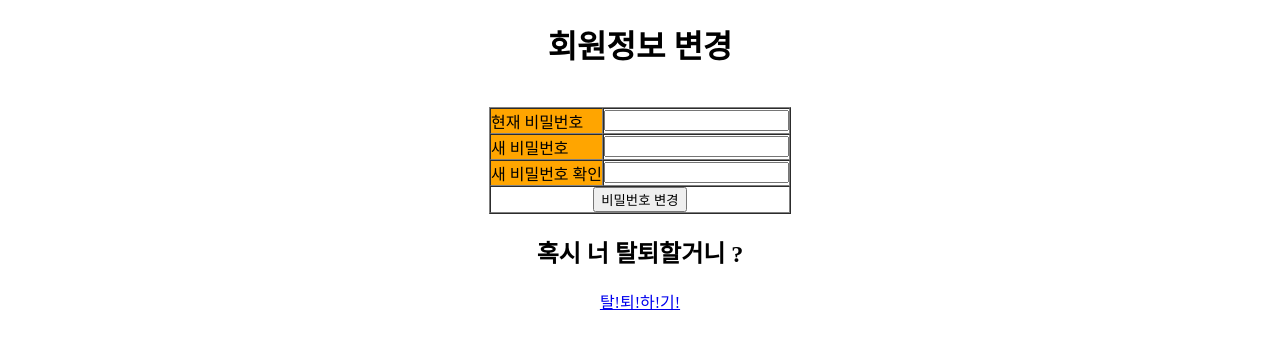
Repository: teeeeeeemo/workspace_spring
Page: http://localhost/BoardWeb/changeUserInfo.jsp
An editor plug-in stored every save of this project. The page is shown before and after the next save, followed by the edit.
The browser window is 1280 px wide. The pictures show the whole page.
The page is served by Tomcat 9. Nobody is signed in. The application's start-up code is not run.

Above is the page before, as saved 2017-01-29 09:48:53.

After the next save:
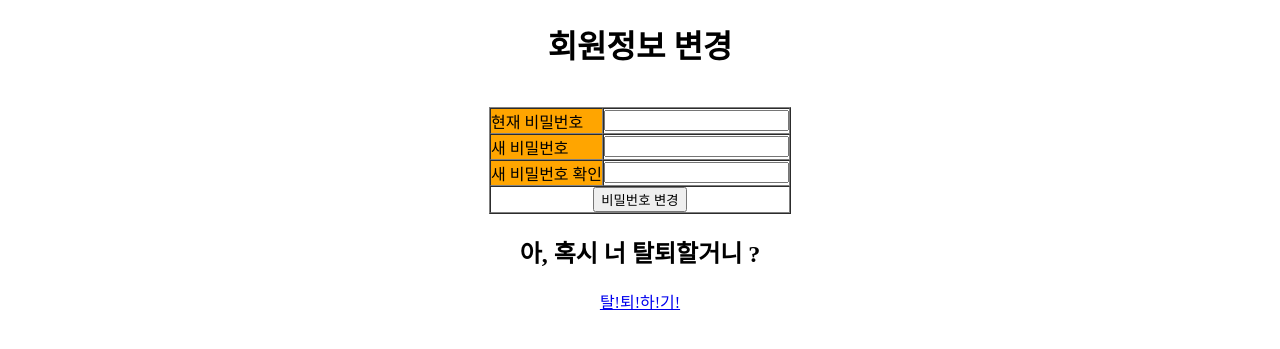
Saved 22 s later.
--- a/BoardWeb/src/main/webapp/changeUserInfo.jsp
+++ b/BoardWeb/src/main/webapp/changeUserInfo.jsp
@@ -32,8 +32,8 @@
 			</table>
 		</form>
 
-		<h2>혹시 너 탈퇴할거니 ? </h2>
-		${userId }
+		<h2>${userName }아, 혹시 너 탈퇴할거니 ? </h2>
+
 		<a href="deleteUser.do?id=${userId }">탈!퇴!하!기!</a>
 
 
